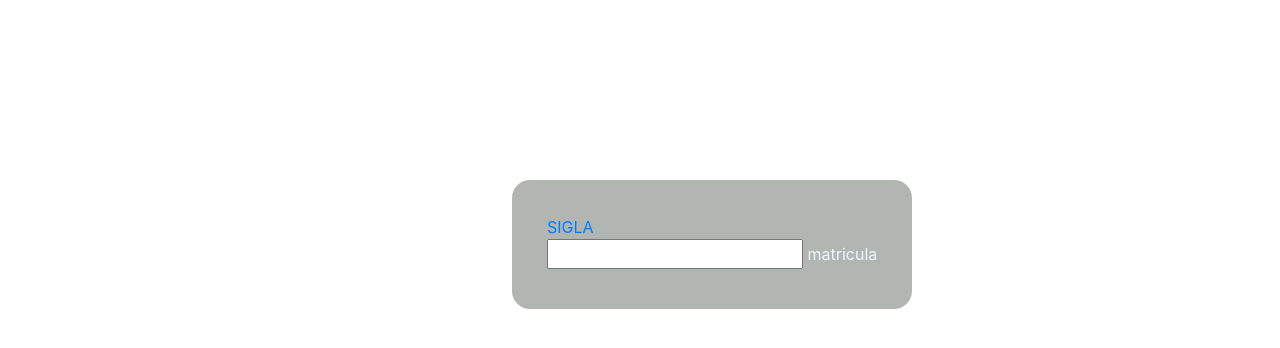
Repository: Melancia06/agenda
Page: index.html
These files come from the project's save history. The page is drawn as it stood at one moment and after a run of saves; the edit follows.
The browser window is 1280 px wide. The pictures show the whole page.

Above is the page before, as saved 2024-08-08 09:26:44.

After the next 3 saves:
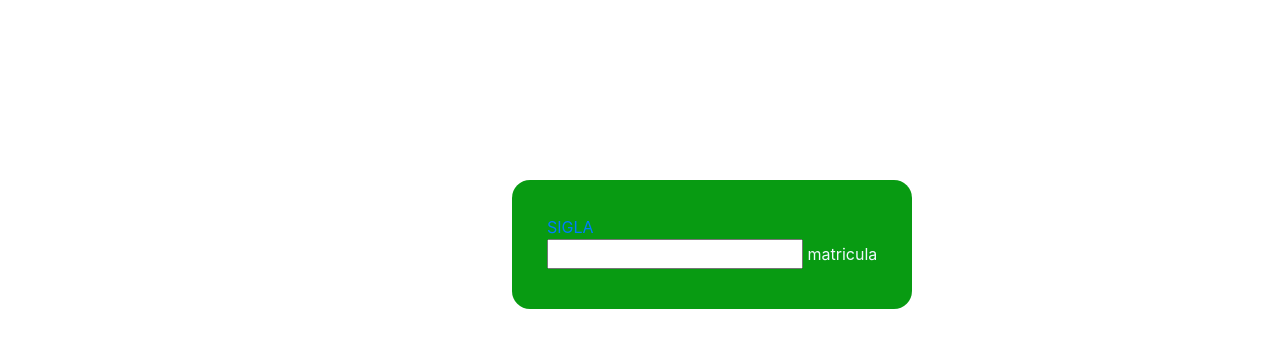
The 3 saves are shown as one change because they came seconds apart.
The last was saved 13 s later.
--- a/css/css.css
+++ b/css/css.css
@@ -1,6 +1,6 @@
 .marca{
     position: absolute;
-   background-color:rgba(0, 15, 1, 0.3);
+   background-color:rgb(8, 155, 18);
    left: 40%;
    top: 25%;
     padding: 35px;
